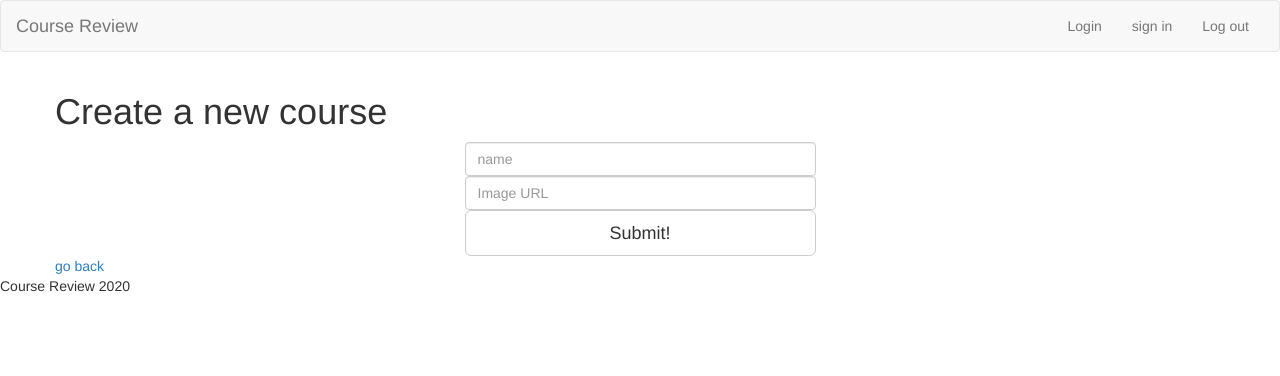
Repository: codewangg/CourseReview
Page: http://localhost/courses/new
The author's editor kept a copy of each file at every save. The page is drawn from the files as they stood at one save, then again after the next save.
The browser window is 1280 px wide. The pictures show the whole page.
The page is served by the project's Node server (app.js).

Above is the page before, as saved 2020-08-15 18:46:22.

### views/new.ejs
<%- include('partials/header')%>

<div class="container">
    <div class="row">
        <h1>Create a new course</h1>
        <div style="width: 30%; margin:0 auto;">
            <form action="/courses" method="POST">
                <input class="form-control" type="text" name="name" placeholder="name">
                <input class="form-control" type="text" name="image" placeholder="Image URL">
                <button class="btn btn-lg btn-default btn-block">Submit!</button>
            </form>
        </div>


        <a href="/courses">go back</a>
    </div>
</div>
<%- include('partials/footer')%>

### views/partials/header.ejs
<!DOCTYPE html>
<html>
    <head>
        <title>CourseReview</title>
        <link rel="stylesheet" href="https://stackpath.bootstrapcdn.com/bootstrap/3.4.1/css/bootstrap.min.css" integrity="sha384-HSMxcRTRxnN+Bdg0JdbxYKrThecOKuH5zCYotlSAcp1+c8xmyTe9GYg1l9a69psu" crossorigin="anonymous">
    </head>
    <body>
    <nav class="navbar navbar-default">
        <div class="container-fluid">
            <div class="navbar-header">
                <a class="navbar-brand" href="/">Course Review</a>
            </div>
            <div class="collapse navbar-collapse">
                <ul class="nav navbar-nav navbar-right">
                    <li><a href="/">Login</a></li>
                    <li><a href="/">sign in</a></li>
                    <li><a href="/">Log out</a></li>
                </ul>

            </div>
        </div>
    </nav>

### views/partials/footer.ejs
    <p>Course Review 2020</p>
    </body>
</html>

### app.js
const express = require("express");
const app = express();
const bodyParser = require("body-parser");

app.use(bodyParser.urlencoded({extended: true}));
app.set('view engine', "ejs");

app.get("/", (req, res) => {
    res.render("landing");
});

    var courses = [
        {name: "mlp", image:"https://images.pexels.com/photos/1108099/pexels-photo-1108099.jpeg?auto=compress&cs=tinysrgb&dpr=1&w=500"},
        {name: "mlp", image:"https://encrypted-tbn0.gstatic.com/images?q=tbn%3AANd9GcT-NC1h3PdhKKSTUu0S-Y6QtGSz1PWCNL4MXA&usqp=CAU"},
        {name: "mlp", image:"https://encrypted-tbn0.gstatic.com/images?q=tbn%3AANd9GcT-NC1h3PdhKKSTUu0S-Y6QtGSz1PWCNL4MXA&usqp=CAU"},
        {name: "mlp", image:"https://encrypted-tbn0.gstatic.com/images?q=tbn%3AANd9GcT-NC1h3PdhKKSTUu0S-Y6QtGSz1PWCNL4MXA&usqp=CAU"},
        {name: "mlp", image:"https://encrypted-tbn0.gstatic.com/images?q=tbn%3AANd9GcT-NC1h3PdhKKSTUu0S-Y6QtGSz1PWCNL4MXA&usqp=CAU"},
        {name: "mlpr", image:"https://encrypted-tbn0.gstatic.com/images?q=tbn%3AANd9GcSGI0qdCZ_bsxabXEma4kZT2N8-lln603NiPA&usqp=CAU"}
    ]

app.get("/courses", (req, res)=>{


    res.render("courses",{courses:courses});
});

app.post("/courses", (req, res)=>{
    var name = req.body.name;
    var image = req.body.image;
    var newcourse = {name: name, image: image}
    courses.push(newcourse);
    res.redirect("/courses");
});

app.get("/courses/new", (req, res)=>{
    res.render("new.ejs");
});

//process.env.PORT process.env.IP
app.listen(3000, 'localhost', function(){
    console.log("server has started!");
    //console.log(process.env.PORT);
});

After the next save:
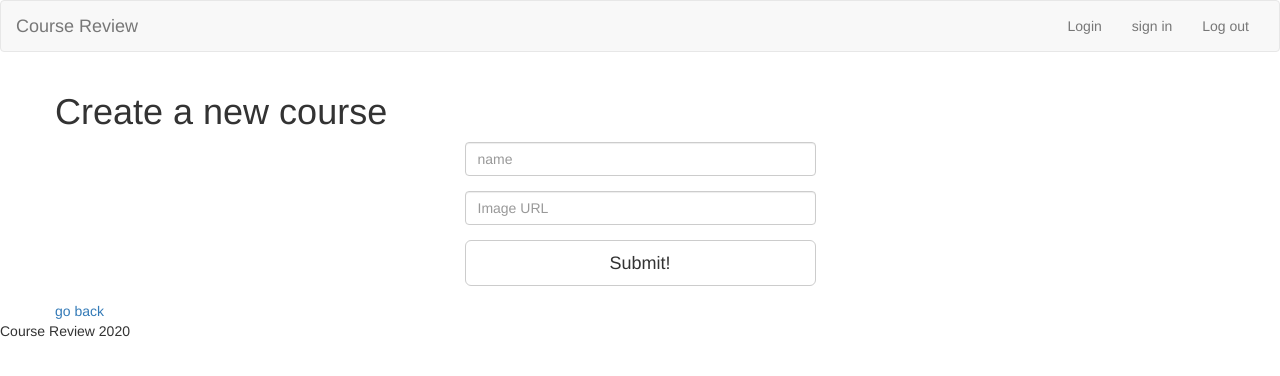
Saved 73 s later.
--- a/views/new.ejs
+++ b/views/new.ejs
@@ -5,9 +5,20 @@
         <h1>Create a new course</h1>
         <div style="width: 30%; margin:0 auto;">
             <form action="/courses" method="POST">
-                <input class="form-control" type="text" name="name" placeholder="name">
-                <input class="form-control" type="text" name="image" placeholder="Image URL">
-                <button class="btn btn-lg btn-default btn-block">Submit!</button>
+
+                <div class="form-group">
+                    <input class="form-control" type="text" name="name" placeholder="name">
+                </div>
+
+                <div class="form-group">
+                    <input class="form-control" type="text" name="image" placeholder="Image URL">
+                </div>
+
+                <div class="form-group">
+                    <button class="btn btn-lg btn-default btn-block">Submit!</button>
+                </div>
+
+
             </form>
         </div>
 
